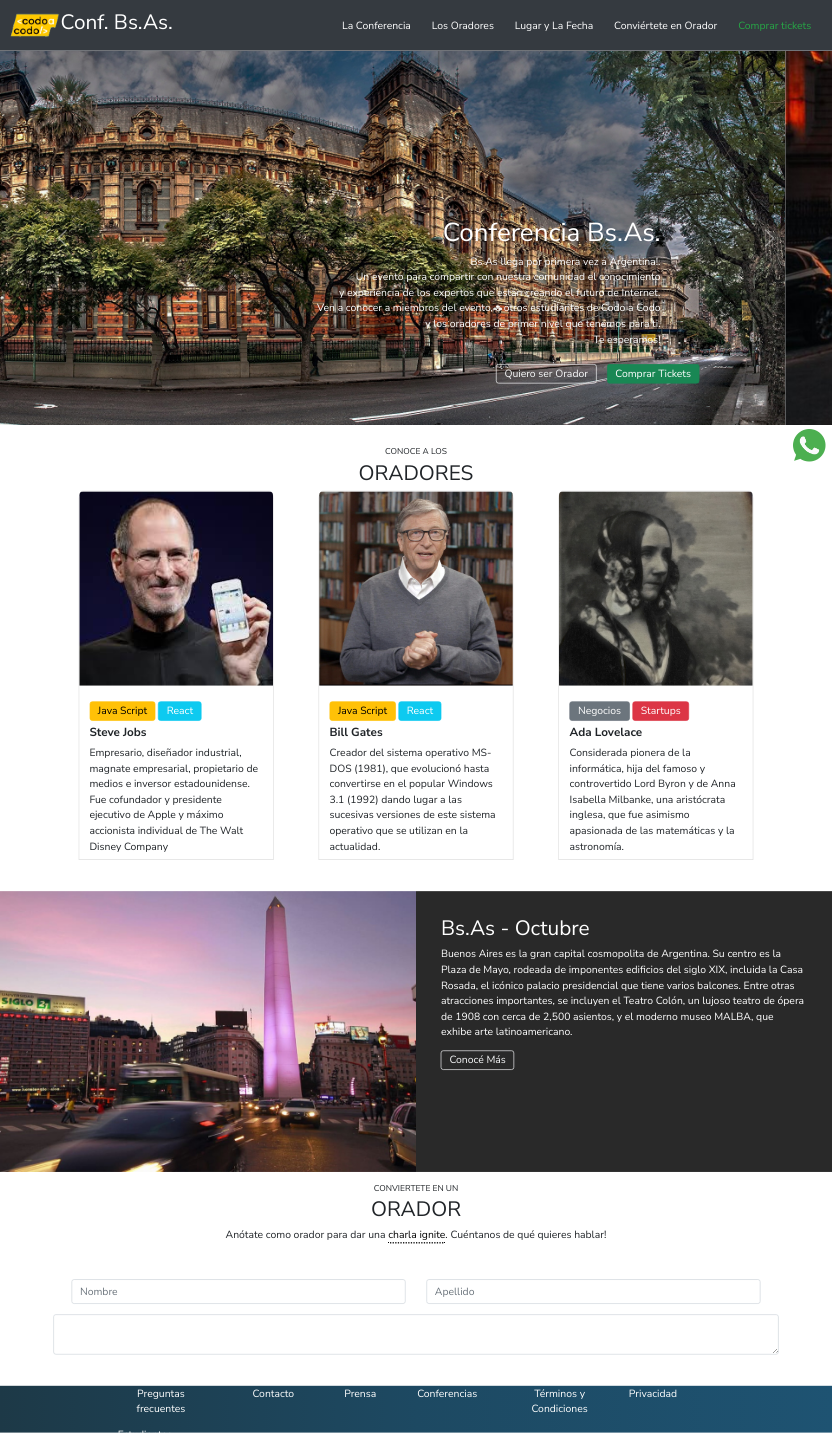
Repository: Melire/trabajo-final-BS
Page: index.html
The author's editor kept a copy of each file at every save. The page is drawn from the files as they stood at one save, then again after a run of saves.
The browser window is 1280 px wide. The pictures show the whole page, at 65% of full size.

Above is the page before, as saved 2023-05-11 09:54:02.

After the next 2 saves:
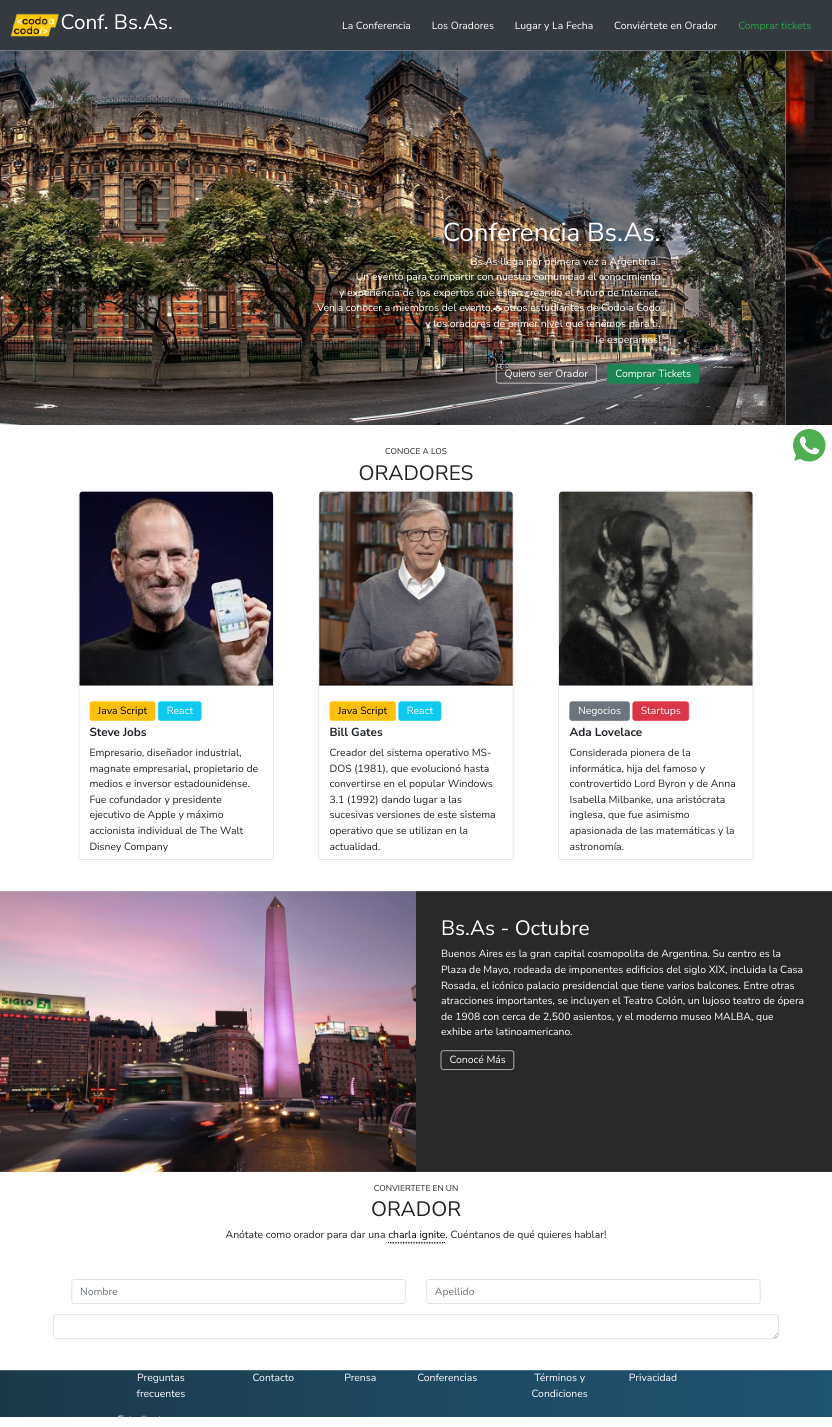
The 2 saves are shown as one change because they came seconds apart.
The last was saved 19 s later.
--- a/index.html
+++ b/index.html
@@ -214,7 +214,7 @@
             </div>
 
             <div class="mb-3">
-                <textarea class="form-control" id="exampleFormControlTextarea1" rows="2"></textarea>
+                <textarea class="form-control" id="exampleFormControlTextarea1" rows="1"></textarea>
             </div>
             <!--
             <form action="" autocomplete="on">
